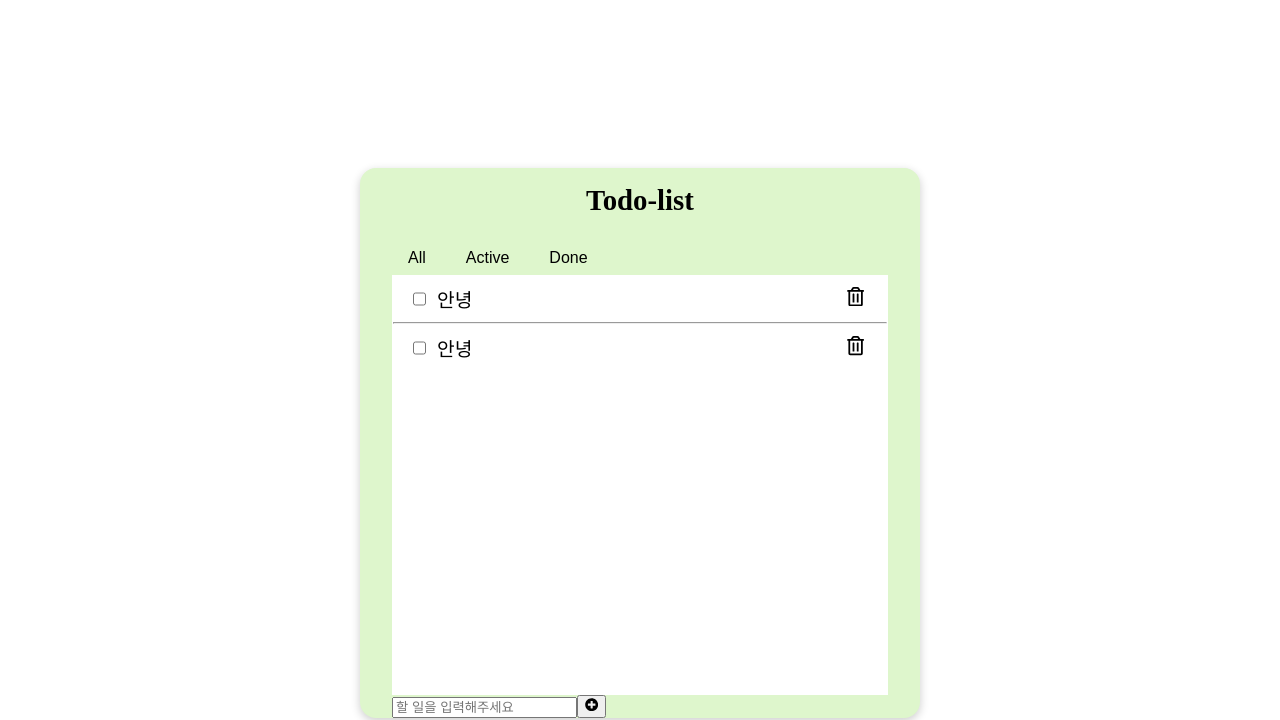
Repository: Yugayoung/todoList
Page: /
An editor plug-in stored every save of this project. The page is shown before and after the next save, followed by the edit.
The browser window is 1280 px wide. The pictures show the whole page.
Some web fonts or font styles are not loaded; a fallback is used. The project was rebuilt for these pictures with package versions that can differ from the ones it lists, and the page was loaded fresh each time. Also part of the build but not shown: src/App.css.

Above is the page before, as saved 2024-03-21 17:19:29.

After the next save:
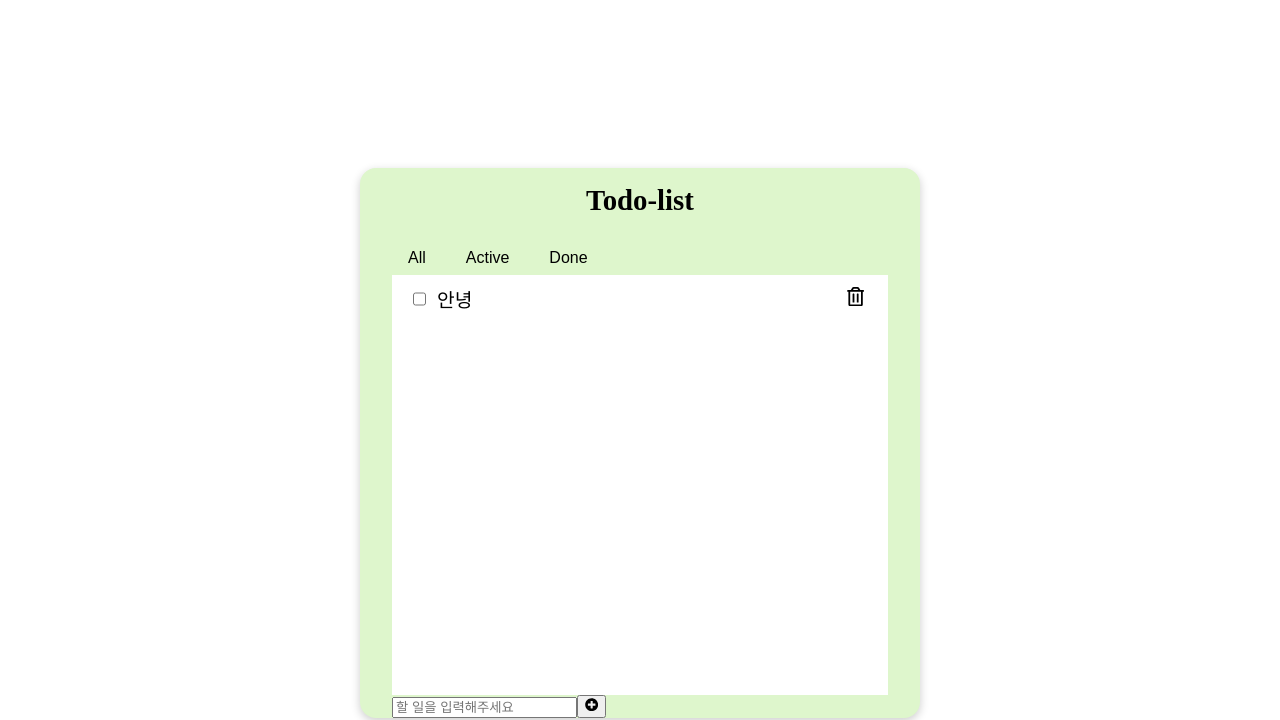
Saved 55 s later.
--- a/src/pages/todo.jsx
+++ b/src/pages/todo.jsx
@@ -80,14 +80,6 @@ export default function Todo() {
               <FaRegTrashAlt />
             </Btn>
           </AddTodoLi>
-          <hr />
-          <AddTodoLi>
-            <input type='checkbox' />
-            <Label htmlFor=''>안녕</Label>
-            <Btn>
-              <FaRegTrashAlt />
-            </Btn>
-          </AddTodoLi>
         </AddTodoUl>
 
         {/* 할일 입력 */}
